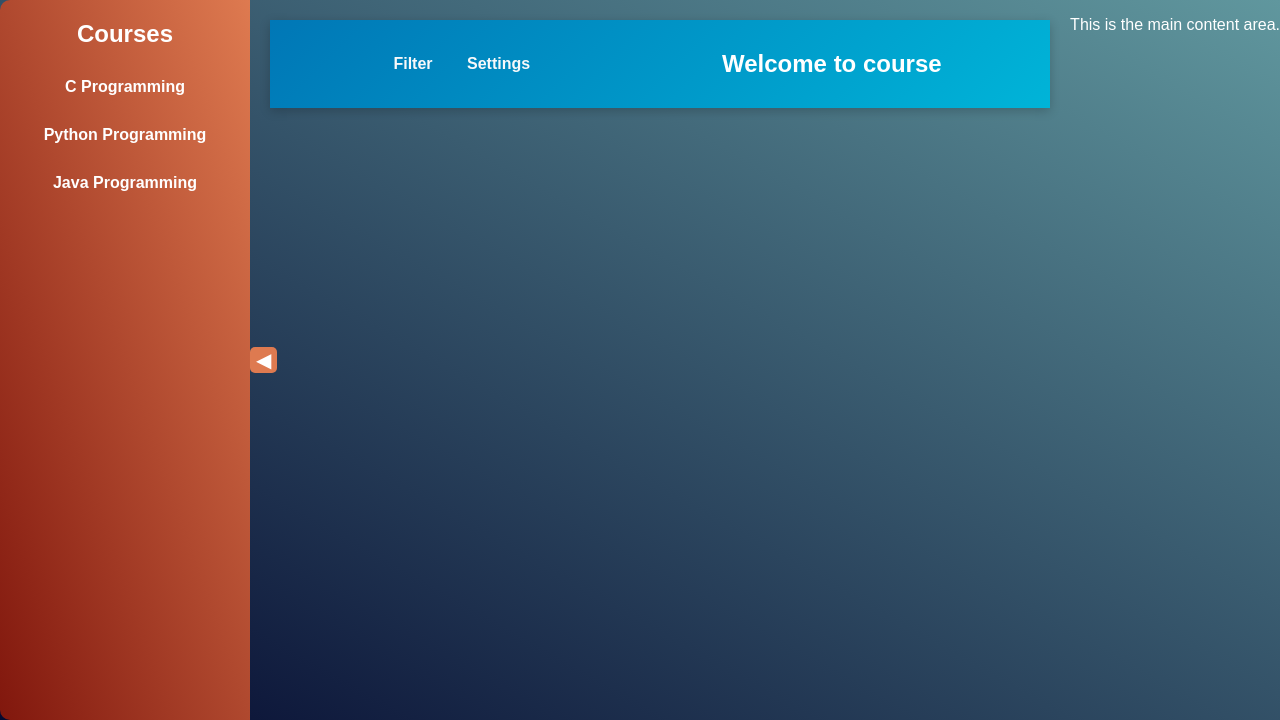
Repository: RishitSharma88/SeaGro
Page: templates/coursetemp.html
An editor plug-in stored every save of this project. The page is shown before and after the next save, followed by the edit.
The browser window is 1280 px wide. The pictures show the whole page.
The template is drawn by Flask 3. The application's start-up code is not run. Other server files are loaded and not shown. The template is opened directly, without the code that normally fills it, so the values that code supplies are empty.

Above is the page before, as saved 2024-12-27 14:35:28.

### templates/coursetemp.html
<!DOCTYPE html>
<html lang="en">
<head>
    <meta charset="UTF-8">
    <meta name="viewport" content="width=device-width, initial-scale=1.0">
    <title>Create New Password</title>
    <style>
        body {
            margin: 0;
            padding: 0;
            font-family: 'Arial', sans-serif;
            background: linear-gradient(to bottom left, #60979e, #050a30);
            color: #FFFFFF;
            display: flex;
            height: 100vh;
            overflow: hidden;
        }

        .sidebar {
            background: linear-gradient(to bottom left, #de7a50, #81170d);
            color: #ffff;
            width: 250px;
            height: 100%;
            border-radius: 10px 0 0 10px;
            overflow: auto;
            display: flex;
            flex-direction: column;
            align-items: center;
            position: fixed;
            left: 0;
            top: 0;
            transition: transform 0.3s ease;
        }

        .sidebar.collapsed {
            transform: translateX(-250px);
        }

        .h {
            font-size: 24px;
            font-weight: bold;
            text-align: center;
            margin: 20px 0;
        }

        .side-links {
            display: flex;
            flex-direction: column;
            gap: 10px;
            width: 100%;
            padding: 0 10px;
        }

        .side-links a {
            text-decoration: none;
            color: #fff;
            font-size: 1rem;
            font-weight: bold;
            padding: 10px;
            border-radius: 5px;
            text-align: center;
            transition: background-color 0.3s ease;
        }

        .side-links a:hover {
            background-color: rgba(255, 255, 255, 0.2);
        }

        .toggle-btn {
            position: fixed;
            top: 50%;
            left: 250px; /* Start next to the sidebar */
            transform: translateY(-50%);
            background: #de7a50;
            color: #fff;
            border: none;
            border-radius: 5px;
            font-size: 20px;
            cursor: pointer;
            transition: left 0.3s ease;
        }

        .toggle-btn.collapsed {
            left: 0; /* Stick to the left edge when sidebar is collapsed */
        }

        .main-content {
            margin-left: 250px;
            flex: 1;
            padding: 20px;
            transition: margin-left 0.3s ease;
        }

        .sidebar.collapsed + .main-content {
            margin-left: 0;
        }
        .navbar {
            background: linear-gradient(135deg, #0077B6, #00B4D8);
            display: flex;
            justify-content: space-around;
            align-items: center;
            padding: 10px 20px;
            box-shadow: 0 3px 10px rgba(0, 0, 0, 0.2);
            position: sticky;
            top: 0;
            z-index: 1000;
        }

        .navbar a {
            text-decoration: none;
            color: #F8F9FA; /* Wave White */
            font-weight: bold;
            font-size: 1rem;
            padding: 10px 15px;
            transition: color 0.3s ease, transform 0.2s ease;
        }

        .navbar a:hover {
            color: #FFD166; /* Sand Yellow */
            transform: scale(1.1);
        }
    </style>
</head>
<body>
    <div class="sidebar">
        <h1 class="h">Courses</h1>
        <div class="side-links">
            <a href="login.html">C Programming</a>
            <a href="login.html">Python Programming</a>
            <a href="login.html">Java Programming</a>
        </div>
    </div>
    <button class="toggle-btn">&#9664;</button> <!-- Left arrow -->

    <div class="main-content">

        <nav class="navbar">
            <div>
                <a href="#">Filter</a>
                <a href="#">Settings</a>
            </div>
            <h1>Welcome to course</h1>
        </div>
        <p>This is the main content area.</p>
    </div>

    <script>
        const sidebar = document.querySelector('.sidebar');
        const toggleBtn = document.querySelector('.toggle-btn');

        toggleBtn.addEventListener('click', () => {
            sidebar.classList.toggle('collapsed');
            toggleBtn.classList.toggle('collapsed');

            // Change the arrow direction
            toggleBtn.innerHTML = sidebar.classList.contains('collapsed') ? '&#9654;' : '&#9664;';
        });
    </script>
</body>
</html>

After the next save:
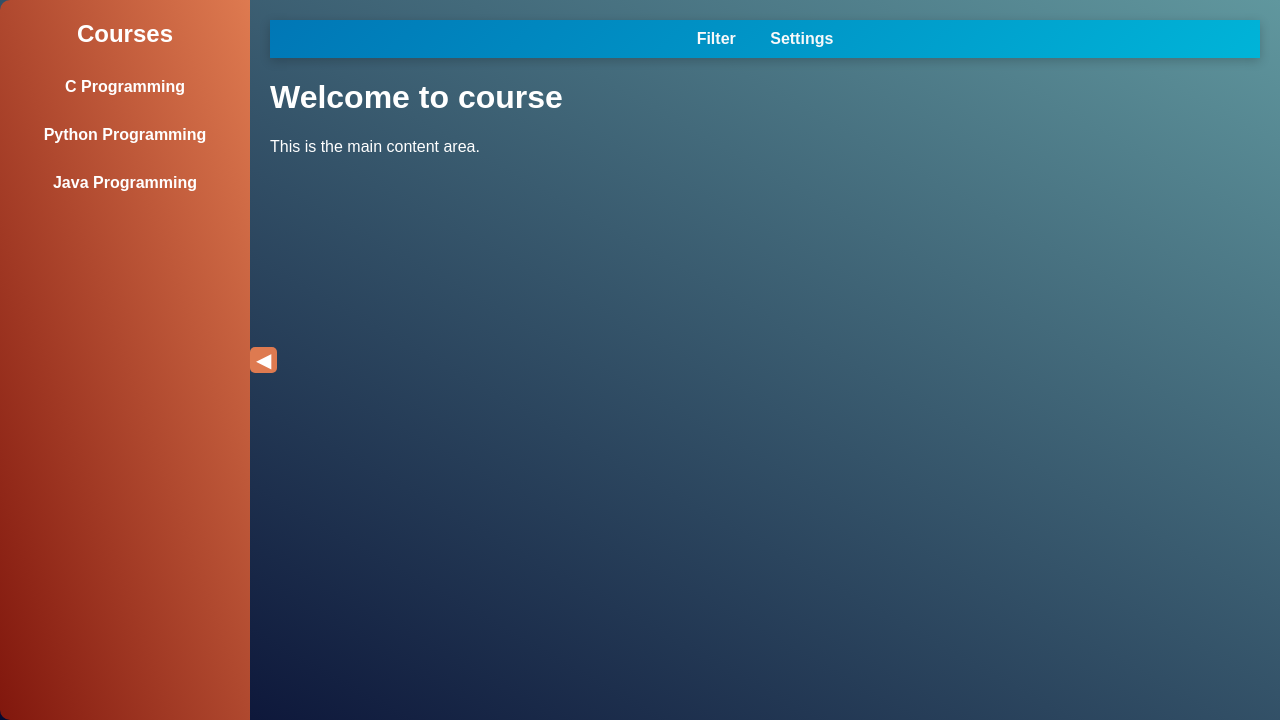
Saved 35 s later.
--- a/templates/coursetemp.html
+++ b/templates/coursetemp.html
@@ -139,9 +139,9 @@
                 <a href="#">Filter</a>
                 <a href="#">Settings</a>
             </div>
+            </nav>
             <h1>Welcome to course</h1>
-        </div>
-        <p>This is the main content area.</p>
+            <p>This is the main content area.</p>
     </div>
 
     <script>
